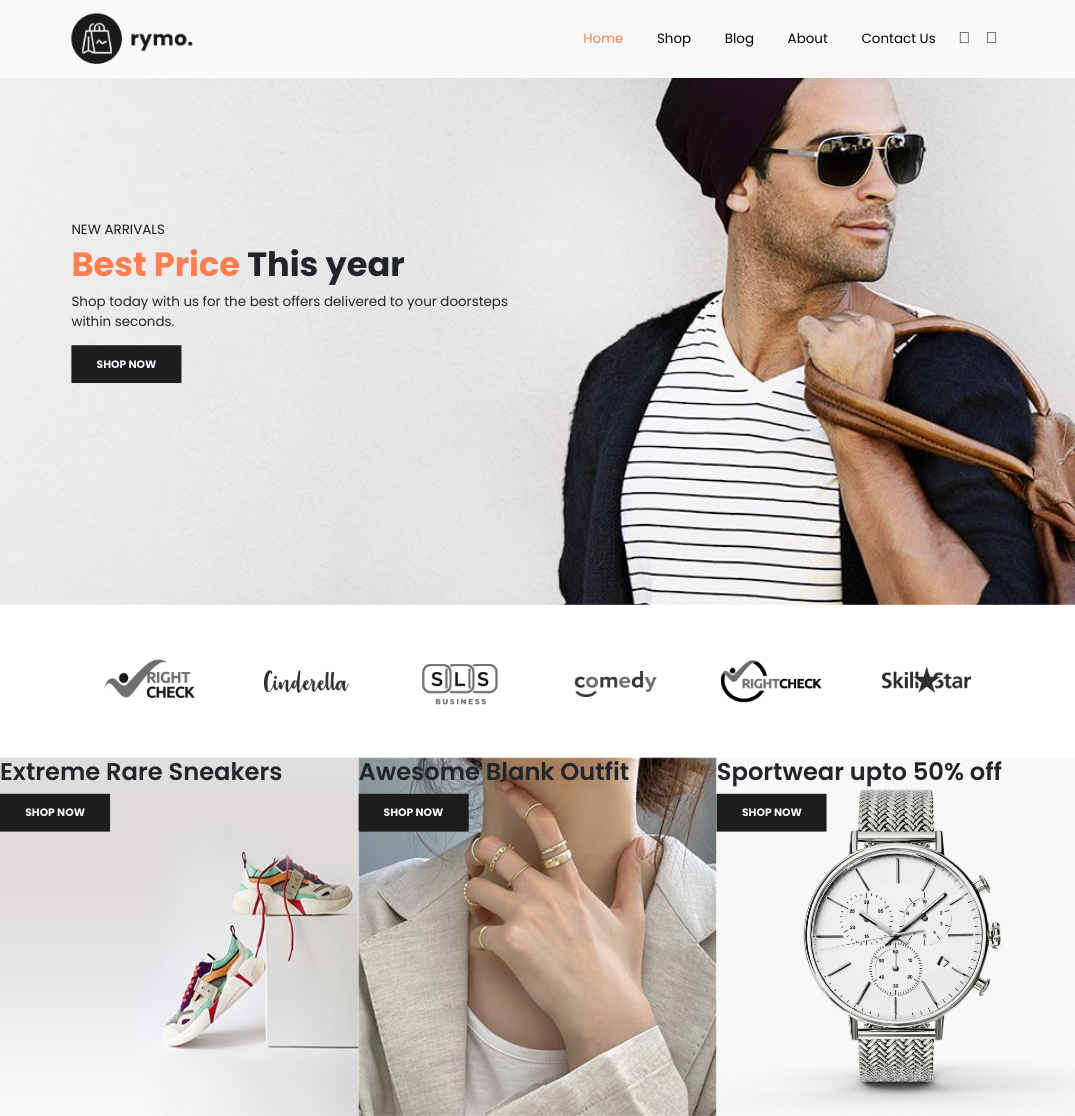
Repository: peter417waweru/e-commerce-UI
Page: index.html
The author's editor kept a copy of each file at every save. The page is drawn from the files as they stood at one save, then again after the next save.
The browser window is 1280 px wide. The pictures show the whole page, at 84% of full size.
Some web libraries are served in a nearby version.

Above is the page before, as saved 2025-02-07 20:42:48.

### index.html
<!DOCTYPE html>
<html lang="en">

    <head>
        <meta charset="UTF-8">
        <meta http-equiv="X-UA-Compatible" content="IE=edge">
        <meta name="viewport" content="width=device-width, initial-scale=1.0">
        <title>Ecommerce Website1</title>

        <link rel="stylesheet" href="https://cdn.jsdelivr.net/npm/bootstrap@4.1.3/dist/css/bootstrap.min.css"
         integrity="sha384-MCw98/SFnGE8fJT3GXwEOngsV7Zt27NXFoaoApmYm81iuXoPkFOJwJ8ERdknLPMO" crossorigin="anonymous">

        <link rel="stylesheet" href="https://pro.fontawesome.com/releases/v5.10.0/css/all.css" />

        <link rel="stylesheet" href="./style.css">
    </head>

    <body>

        <nav class="navbar navbar-expand-lg navbar-light bg-light py-3 fixed-top">
            <div class="container">
              <img src="img/logo1.png" alt="">
              <button class="navbar-toggler" type="button" data-bs-toggle="collapse" data-bs-target="#navbarSupportedContent" aria-controls="navbarSupportedContent" aria-expanded="false" aria-label="Toggle navigation">
                <span><i id="bar" class="fas fa-bars"></i></span>
              </button>
              <div class="collapse navbar-collapse" id="navbarSupportedContent">
                <ul class="navbar-nav ml-auto">
                  <li class="nav-item">
                    <a class="nav-link active" aria-current="page" href="#">Home</a>
                  </li>
                  <li class="nav-item">
                    <a class="nav-link" aria-current="page" href="#">Shop</a>
                  </li>
                  <li class="nav-item">
                    <a class="nav-link" aria-current="page" href="#">Blog</a>
                  </li>
                  <li class="nav-item">
                    <a class="nav-link" aria-current="page" href="#">About</a>
                  </li>
                  <li class="nav-item">
                    <a class="nav-link" aria-current="page" href="#">Contact Us</a>
                  </li>
                  <li class="nav-item">
                    <i class="fal fa-search"></i>
                    <i class="fal fa-shopping-bag"></i>
                  </li>


                </ul>

              </div>
            </div>
        </nav>


        <section id="home">
          <div class="container">
            <h5>NEW ARRIVALS</h5>
            <h1><span>Best Price</span> This year</h1>
            <p>Shop today with us for the best offers delivered to your doorsteps <br>
               within seconds.
            </p>
            <button>Shop Now</button>
          </div>
        </section>

        <section id="brand" class="container">
          <div class="row m-0 py-5">
            <img class="img-fluid col-lg-2 col-md-4 col-sm-6" src="img/brand/1.png" alt="">
            <img class="img-fluid col-lg-2 col-md-4 col-sm-6" src="img/brand/2.png" alt="">
            <img class="img-fluid col-lg-2 col-md-4 col-sm-6" src="img/brand/3.png" alt="">
            <img class="img-fluid col-lg-2 col-md-4 col-sm-6" src="img/brand/4.png" alt="">
            <img class="img-fluid col-lg-2 col-md-4 col-sm-6" src="img/brand/5.png" alt="">
            <img class="img-fluid col-lg-2 col-md-4 col-sm-6" src="img/brand/6.png" alt="">
          </div>
        </section>

        <section id="new" class="w-100">
          <div class="row p-0 m-0">
            <div class="one col-lg-4 col-md-12 col-sm-12 p-0">
              <img class="img-fluid" src="img/new/1.jpg" alt="">
              <div class="details">
                <h2>Extreme Rare Sneakers</h2>
                <button class="text-uppercase">shop now</button>
              </div>
            </div>
            <div class="one col-lg-4 col-md-12 col-sm-12 p-0">
              <img class="img-fluid" src="img/new/5.jpg" alt="">
              <div class="details">
                <h2>Awesome Blank Outfit</h2>
                <button class="text-uppercase">shop now</button>
              </div>
            </div>
            <div class="one col-lg-4 col-md-12 col-sm-12 p-0">
              <img class="img-fluid" src="img/new/3.jpg" alt="">
              <div class="details">
                <h2>Sportwear upto 50% off</h2>
                <button class="text-uppercase">shop now</button>
              </div>
            </div>
          </div>

        </section>
        <script src="https://cdn.jsdelivr.net/npm/@popperjs/core@2.9.1/dist/umd/popper.min.js"
            integrity="sha384-SR1sx49pcuLnqZUnnPwx6FCym0wLsk5JZuNx2bPPENzswTNFaQU1RDvt3wT4gWFG"
            crossorigin="anonymous"></script>
        <script src="https://cdn.jsdelivr.net/npm/bootstrap@5.0.0-beta3/dist/js/bootstrap.min.js"
            integrity="sha384-j0CNLUeiqtyaRmlzUHCPZ+Gy5fQu0dQ6eZ/xAww941Ai1SxSY+0EQqNXNE6DZiVc"
            crossorigin="anonymous"></script>
    </body>

</html>

### style.css
@import url("https://fonts.googleapis.com/css2?family=Poppins:wght@100;200;300;400;500;600;700;800;900&display=swap");
* {
  margin: 0;
  padding: 0;
  box-sizing: border-box;
}

body {
  font-family: "Poppins", sans-serif;
}

h1 {
  font-size: 2.5rem;
  font-weight: 700;
}

h2 {
  font-size: 1.8rem;
  font-weight: 600;
}

h3 {
  font-size: 1.4rem;
  font-weight: 800;
}

h4 {
  font-size: 1.1rem;
  font-weight: 600;
}

h5 {
  font-size: 1rem;
  font-weight: 400;
  color: #1d1d1d;
}

h6 {
  color: #d8d8d8;
}

button {
  font-size: 0.8rem;
  font-weight: 700;
  outline: none;
  border: none;
  background-color: #1d1d1d;
  color: aliceblue;
  padding: 13px 30px;
  cursor: pointer;
  text-transform: uppercase;
  transition: 0.3s ease;
}

button:hover {
  background-color: #3a3833;
}

hr {
  width: 30px;
  height: 2px;

}

.navbar {
  font-size: 16px;
  background-color: #d8d8d8;
  top: 0;
  left: 0;
}

.navbar-light .navbar-nav .nav-link{
  padding: 0 20px;
  color: black;
  transition: 0.3s ease;
}

.navbar-light .navbar-nav .nav-link:hover,
.navbar i:hover,
.navbar-light .navbar-nav .nav-link.active,
.navbar i.active
{
  color: coral;
}



.navbar i{
  font-size: 1.2rem;
  padding: 0 7px;
  cursor: pointer;
  transition: 0.3s ease;
}

/* Mobile Nav*/


.navbar-light .navbar-toggler{
  border: none;
  outline: none;
}

#bar {
  font-size: 1.5rem;
  padding: 7px;
  cursor: pointer;
  font-weight: 500;
  color: black;
  transition: 0.3s ease;
}

#bar:hover,
#bar.active{
  color: #fff;
}

@media only screen and (max-width: 990px) {

  body > nav > div > button:hover ,
  body > nav > div > button:focus {
    background-color: #fb774b;
  }

  body > nav > div > button:hover #bar,
  body > nav > div > button:focus #bar {
    background-color: #fb774b;
  }

  #navbarSupportedContent > ul {
    margin: 1rem;
    justify-content: flex-end;
    align-items: flex-end;
    text-align: right;
  }

  #navbarSupportedContent > ul > li:nth-child(n) > a {
    padding: 10px 0;
  }
}


#home {
  background-image: url("img/back.jpg");
  width: 100%;
  height: 100vh;
  background-size: cover;
  background-position: top 70px center;
  display: flex;
  flex-direction: column;
  align-items: flex-start;
  justify-content: center;

}

#home span{
  color: coral;
}

#new .one img{
  width: 100%;
  height: 100%;
  background-position: center center;
  background-repeat: no-repeat;
  background-size: cover;
  position: relative;
}

#new .one .details{
  position: absolute;
  width: 100%;
  height: 10%;
  top: 0;
  left: 0;
  transition: 0.3s ease;
}

#new .one:hover .details{
  cursor: pointer;
  background-color: rgba(255, 178, 178, 0.8);
}

After the next save:
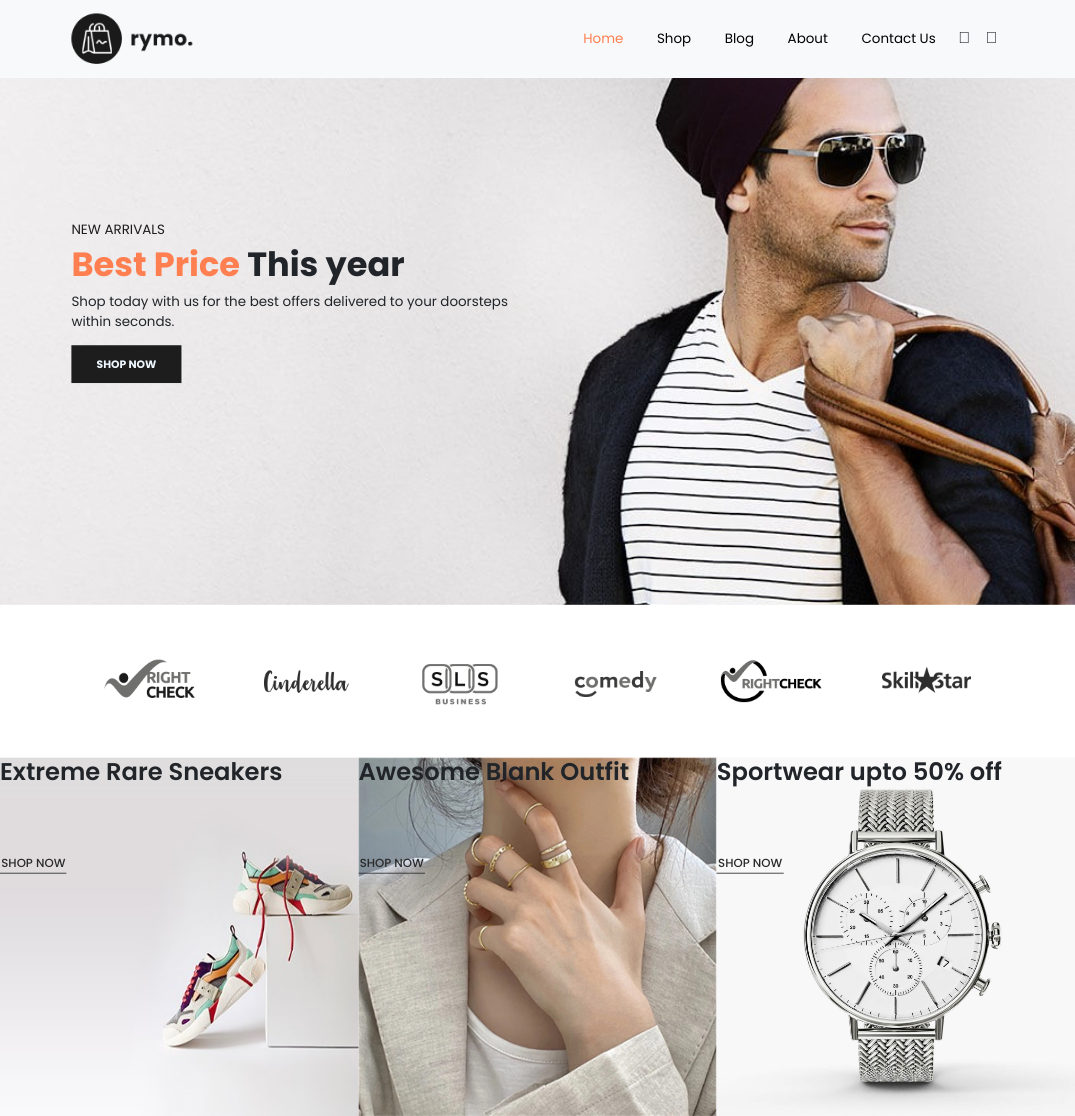
Saved 5 min 59 s later.
--- a/style.css
+++ b/style.css
@@ -178,3 +178,16 @@ hr {
   cursor: pointer;
   background-color: rgba(255, 178, 178, 0.8);
 }
+
+#new .one .details button{
+ display: inline-block;
+ font-size: 14px;
+ font-weight: 500;
+ color: #2a2a2a;
+ background: none;
+ text-transform: uppercase;
+ border-bottom: 1px solid #2a2a2a;
+ padding: 1.5px;
+ transform: translateY(70px);
+ transition: 0.3s ease;
+}
